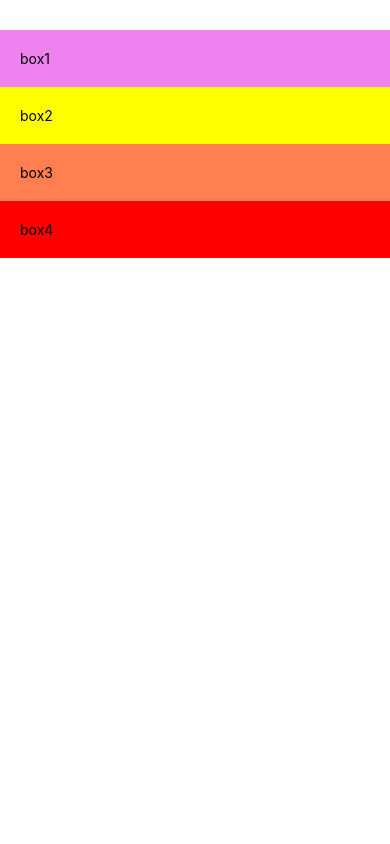
Repository: shiv0403/React-native-tutorial
Screen: /
An editor plug-in stored every save of this project. The screen is shown before and after the next save, followed by the edit.
The app was drawn by React Native's web renderer in a window 390 px wide. The project was rebuilt for these pictures with package versions that can differ from the ones it lists, and the page was loaded fresh each time. Also part of the build but not shown: components/AddTodo.js, components/Header.js, components/TodoItem.js.

Above is the screen before, as saved 2021-02-11 11:23:12.

### App.js
import React, { useState } from "react";
import {
  Alert,
  FlatList,
  StyleSheet,
  TouchableWithoutFeedback,
  View,
  Keyboard,
} from "react-native";
import AddTodo from "./components/AddTodo";
import Flex from "./components/Flex";
import Header from "./components/Header";
import TodoItem from "./components/TodoItem";

export default function App() {
  const [todo, setTodo] = useState([
    { text: "wake up", key: "1" },
    { text: "eat breakfast", key: "2" },
    { text: "exercise", key: "3" },
    { text: "study", key: "4" },
    { text: "sleep", key: "5" },
  ]);

  const handleDelete = (key) => {
    setTodo((todos) => {
      return todos.filter((todo) => todo.key != key);
    });
  };

  const handleSubmit = (text) => {
    if (text.length > 3) {
      setTodo((todos) => {
        return [{ text: text, key: Math.random().toString() }, ...todos];
      });
    } else {
      Alert.alert("OOPS!", "Task lenght must be over 3 chars", [
        { text: "Understood", onPress: () => console.log("Alert Closed") },
      ]);
    }
  };

  return (
    <Flex />
    // <TouchableWithoutFeedback
    //   onPress={() => {
    //     Keyboard.dismiss();
    //   }}
    // >
    //   <View style={styles.container}>
    //     <Header />
    //     <View style={styles.content}>
    //       <AddTodo handleSubmit={handleSubmit} />
    //       <View style={styles.list}>
    //         <FlatList
    //           data={todo}
    //           keyExtractor={(item) => item.key}
    //           renderItem={({ item }) => {
    //             return <TodoItem item={item} handleDelete={handleDelete} />;
    //           }}
    //         />
    //       </View>
    //     </View>
    //   </View>
    // </TouchableWithoutFeedback>
  );
}

const styles = StyleSheet.create({
  container: {
    flex: 1,
    backgroundColor: "#fff",
    marginTop: 30,
  },
  list: {
    margin: 20,
  },
});

### components/Flex.js
import React from "react";
import { StyleSheet, View, Text } from "react-native";

export default function Flex() {
  return (
    <View style={styles.flex}>
      <Text style={styles.box1}>box1</Text>
      <Text style={styles.box2}>box2</Text>
      <Text style={styles.box3}>box3</Text>
      <Text style={styles.box4}>box4</Text>
    </View>
  );
}

const styles = StyleSheet.create({
  flex: {
    display: "flex",
    marginTop: 30,
  },
  box1: {
    backgroundColor: "violet",
    padding: 20,
  },
  box2: {
    backgroundColor: "yellow",
    padding: 20,
  },
  box3: {
    backgroundColor: "coral",
    padding: 20,
  },
  box4: {
    backgroundColor: "red",
    padding: 20,
  },
});

After the next save:
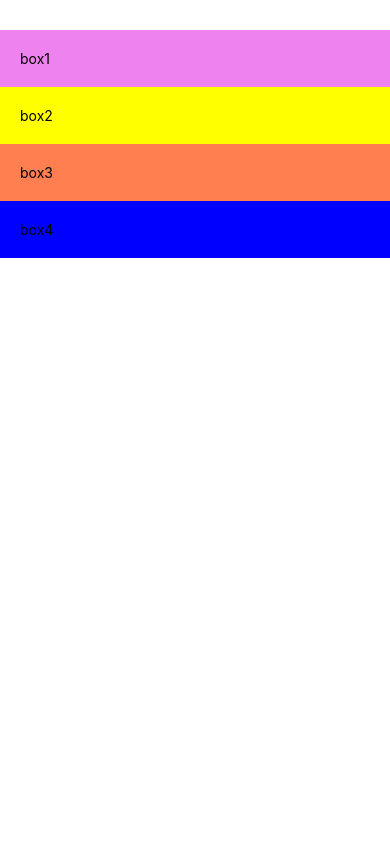
Saved 4 s later.
--- a/components/Flex.js
+++ b/components/Flex.js
@@ -30,7 +30,7 @@ const styles = StyleSheet.create({
     padding: 20,
   },
   box4: {
-    backgroundColor: "red",
+    backgroundColor: "blue",
     padding: 20,
   },
 });
